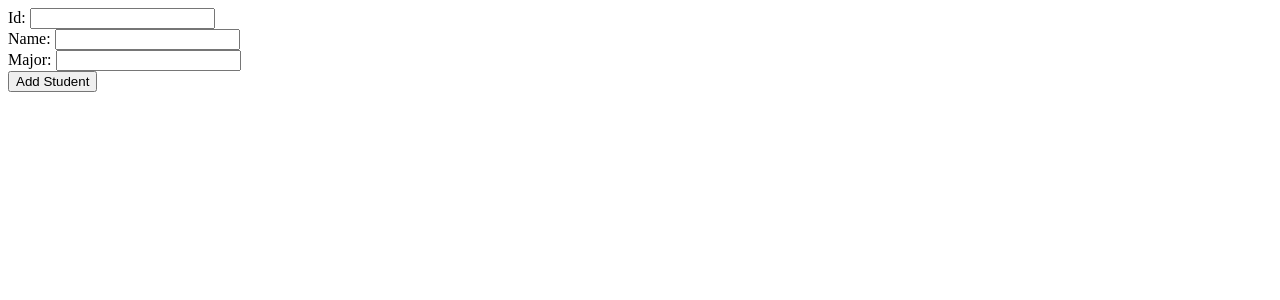
Repository: RevatureSteve/Java
Page: Week_4_JavaScript/JavaScriptClassExamples/WebContent/form.html
The author's editor kept a copy of each file at every save. The page is drawn from the files as they stood at one save, then again after the next save.
The browser window is 1280 px wide. The pictures show the whole page.

Above is the page before, as saved 2016-09-07 18:54:34.

### Week_4_JavaScript/JavaScriptClassExamples/WebContent/form.html
<!DOCTYPE html>
<html>
<head>
<meta charset="ISO-8859-1">
<title>Add Students</title>
</head>
<body>

Id: <input type="text" id="t_id" /><br />

Name: <input type="text" id="t_name" /> <br />

Major: <input type="text" id="t_major" /><br />

<button id="add">Add Student</button>



</body>
</html>

After the next save:
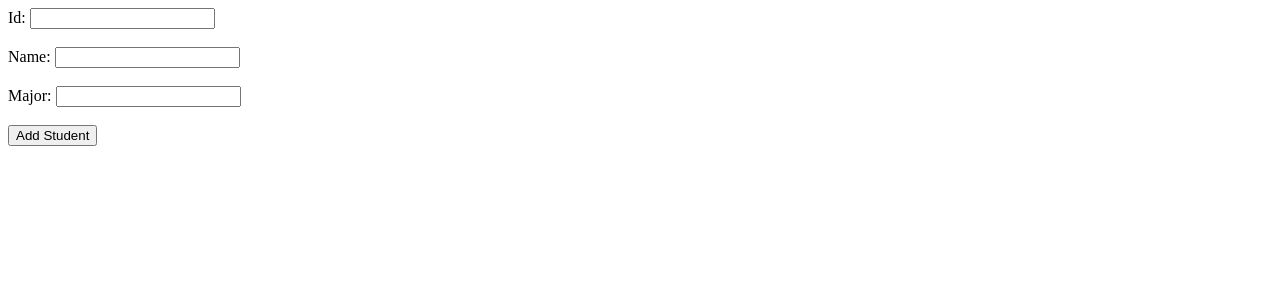
Saved 31 s later.
--- a/Week_4_JavaScript/JavaScriptClassExamples/WebContent/form.html
+++ b/Week_4_JavaScript/JavaScriptClassExamples/WebContent/form.html
@@ -6,11 +6,11 @@
 </head>
 <body>
 
-Id: <input type="text" id="t_id" /><br />
+Id: <input type="text" id="t_id" /><br /> <br />
 
-Name: <input type="text" id="t_name" /> <br />
+Name: <input type="text" id="t_name" /> <br /> <br />
 
-Major: <input type="text" id="t_major" /><br />
+Major: <input type="text" id="t_major" /><br /> <br />
 
 <button id="add">Add Student</button>
 
